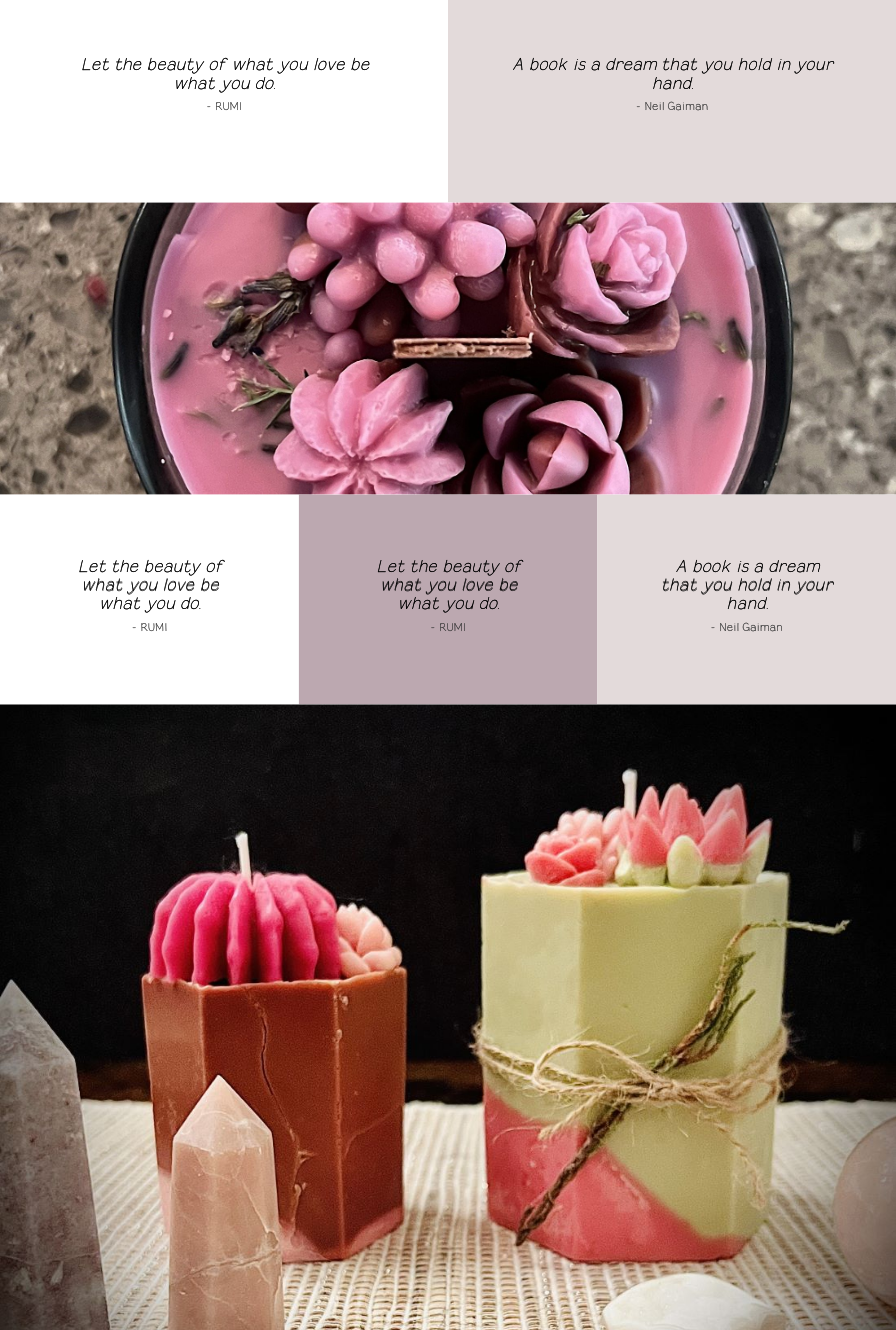
Repository: Brittany-Westlund/MART341-WebDesign
Page: WebDesignHomework/Assignment12/gallery.html
These files come from the project's save history. The page is drawn as it stood at one moment and after the next save; the edit follows.
The browser window is 1280 px wide. The pictures show the part of the page from y = 348 to 2248 px (the page is 3132 px tall before and 3142 px after), at 70% of full size.
Some web fonts or font styles are not loaded; a fallback is used.

Above is the page before, as saved 2024-11-15 21:20:42.

After the next save:
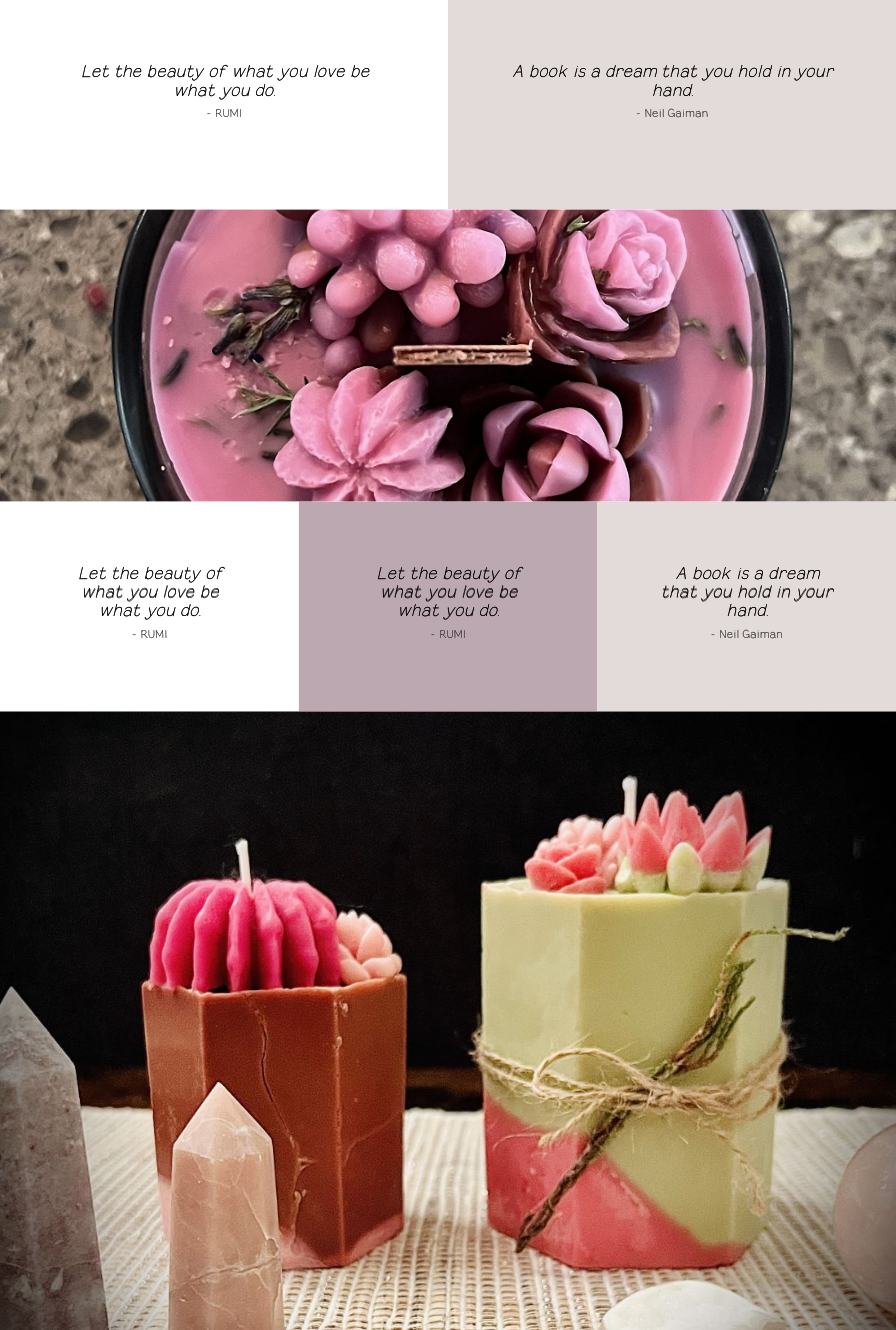
Saved 45 s later.
--- a/WebDesignHomework/Assignment12/style/style.css
+++ b/WebDesignHomework/Assignment12/style/style.css
@@ -32,6 +32,7 @@ nav {
     border-bottom-style: dotted; /* Dotted style */
     border-bottom-color: #a8858e; /* Color for the border */
     position: relative;
+    margin-bottom: 10px;
 }
 
 /* Styling for the list in the navigation */
@@ -63,7 +64,6 @@ nav ul li a:hover::after {
     left: 0;
     width: 100%;
     border-top: 2.5px dotted #a8858e; /* Dotted line above the text */
-    margin-bottom: 10px;
 }
 
 h1 {
